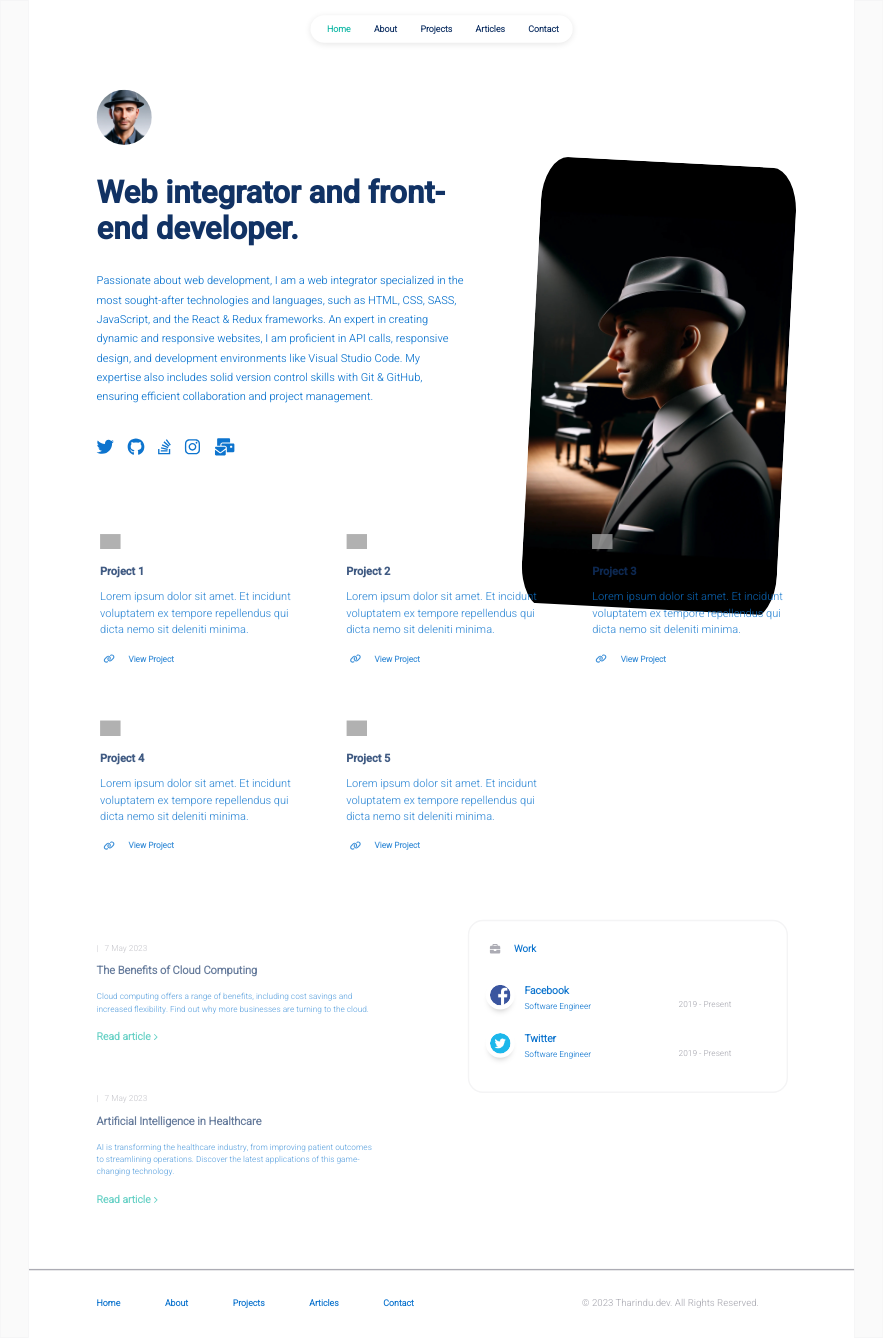
Repository: Dimple3377/reactfolio-master
Page: /
These files come from the project's save history. The page is drawn as it stood at one moment and after the next save; the edit follows.
The browser window is 1280 px wide. The pictures show the whole page, at 69% of full size.
Pictures or frames that could not be fetched are drawn as grey boxes. The project was rebuilt for these pictures with package versions that can differ from the ones it lists, and the page was loaded fresh each time. Also part of the build but not shown: src/components/about/socials.jsx, src/pages/styles/about.css, src/pages/about.jsx, src/pages/styles/projects.css, src/pages/projects.jsx, src/components/articles/article.jsx, src/pages/styles/articles.css, src/pages/articles.jsx and 5 more.

Above is the page before, as saved 2024-04-24 00:33:28.

### src/data/styles.css
:root {
	/* ------- colors ------- */
	--primary-color: #113264;
	--secondary-color: #0d74ce;
	--tertiary-color: #acacb4;
	--quaternary-color: #e4e4e7;
	--link-color: #14b8a6;
	/* ---------------------- */

	/* ------- fonts ------- */
	--primary-font: "Heebo", sans-serif;
	--secondary-font: "Roboto", sans-serif;
	/* --------------------- */
}

### src/pages/homepage.jsx
import React, { useState, useEffect } from "react";
import { Helmet } from "react-helmet";

import { faMailBulk } from "@fortawesome/free-solid-svg-icons";
import { FontAwesomeIcon } from "@fortawesome/react-fontawesome";
import {
	faTwitter,
	faGithub,
	faStackOverflow,
	faInstagram,
} from "@fortawesome/free-brands-svg-icons";

import Logo from "../components/common/logo";
import Footer from "../components/common/footer";
import NavBar from "../components/common/navBar";
import Article from "../components/homepage/article";
import Works from "../components/homepage/works";
import AllProjects from "../components/projects/allProjects";

import INFO from "../data/user";
import SEO from "../data/seo";
import myArticles from "../data/articles";

import "./styles/homepage.css";

const Homepage = () => {
	const [stayLogo, setStayLogo] = useState(false);
	const [logoSize, setLogoSize] = useState(80);
	const [oldLogoSize, setOldLogoSize] = useState(80);

	useEffect(() => {
		window.scrollTo(0, 0);
	}, []);

	useEffect(() => {
		const handleScroll = () => {
			let scroll = Math.round(window.pageYOffset, 2);

			let newLogoSize = 80 - (scroll * 4) / 10;

			if (newLogoSize < oldLogoSize) {
				if (newLogoSize > 40) {
					setLogoSize(newLogoSize);
					setOldLogoSize(newLogoSize);
					setStayLogo(false);
				} else {
					setStayLogo(true);
				}
			} else {
				setLogoSize(newLogoSize);
				setStayLogo(false);
			}
		};

		window.addEventListener("scroll", handleScroll);
		return () => window.removeEventListener("scroll", handleScroll);
	}, [logoSize, oldLogoSize]);

	const currentSEO = SEO.find((item) => item.page === "home");

	const logoStyle = {
		display: "flex",
		position: stayLogo ? "fixed" : "relative",
		top: stayLogo ? "3vh" : "auto",
		zIndex: 999,
		border: stayLogo ? "1px solid white" : "none",
		borderRadius: stayLogo ? "50%" : "none",
		boxShadow: stayLogo ? "0px 4px 10px rgba(0, 0, 0, 0.25)" : "none",
	};

	return (
		<React.Fragment>
			<Helmet>
				<title>{INFO.main.title}</title>
				<meta name="description" content={currentSEO.description} />
				<meta
					name="keywords"
					content={currentSEO.keywords.join(", ")}
				/>
			</Helmet>

			<div className="page-content">
				<NavBar active="home" />
				<div className="content-wrapper">
					<div className="homepage-logo-container">
						<div style={logoStyle}>
							<Logo width={logoSize} link={false} />
						</div>
					</div>

					<div className="homepage-container">
						<div className="homepage-first-area">
							<div className="homepage-first-area-left-side">
								<div className="title homepage-title">
									{INFO.homepage.title}
								</div>

								<div className="subtitle homepage-subtitle">
									{INFO.homepage.description}
								</div>
							</div>

							<div className="homepage-first-area-right-side">
								<div className="homepage-image-container">
									<div className="homepage-image-wrapper">
										<img
											src="homepage.jpg"
											alt="about"
											className="homepage-image"
										/>
									</div>
								</div>
							</div>
						</div>

						<div className="homepage-socials">
							<a
								href={INFO.socials.twitter}
								target="_blank"
								rel="noreferrer"
							>
								<FontAwesomeIcon
									icon={faTwitter}
									className="homepage-social-icon"
								/>
							</a>
							<a
								href={INFO.socials.github}
								target="_blank"
								rel="noreferrer"
							>
								<FontAwesomeIcon
									icon={faGithub}
									className="homepage-social-icon"
								/>
							</a>
							<a
								href={INFO.socials.stackoverflow}
								target="_blank"
								rel="noreferrer"
							>
								<FontAwesomeIcon
									icon={faStackOverflow}
									className="homepage-social-icon"
								/>
							</a>
							<a
								href={INFO.socials.instagram}
								target="_blank"
								rel="noreferrer"
							>
								<FontAwesomeIcon
									icon={faInstagram}
									className="homepage-social-icon"
								/>
							</a>
							<a
								href={`mailto:${INFO.main.email}`}
								target="_blank"
								rel="noreferrer"
							>
								<FontAwesomeIcon
									icon={faMailBulk}
									className="homepage-social-icon"
								/>
							</a>
						</div>

						<div className="homepage-projects">
							<AllProjects />
						</div>

						<div className="homepage-after-title">
							<div className="homepage-articles">
								{myArticles.map((article, index) => (
									<div
										className="homepage-article"
										key={(index + 1).toString()}
									>
										<Article
											key={(index + 1).toString()}
											date={article().date}
											title={article().title}
											description={article().description}
											link={"/article/" + (index + 1)}
										/>
									</div>
								))}
							</div>

							<div className="homepage-works">
								<Works />
							</div>
						</div>

						<div className="page-footer">
							<Footer />
						</div>
					</div>
				</div>
			</div>
		</React.Fragment>
	);
};

export default Homepage;

### src/components/common/footer.jsx
import React from "react";
import { Link } from "react-router-dom";

import "./styles/footer.css";

const Footer = () => {
	return (
		<React.Fragment>
			<div className="footer">
				<div className="footer-links">
					<ul className="footer-nav-link-list">
						<li className="footer-nav-link-item">
							<Link to="/">Home</Link>
						</li>
						<li className="footer-nav-link-item">
							<Link to="/about">About</Link>
						</li>
						<li className="footer-nav-link-item">
							<Link to="/projects">Projects</Link>
						</li>
						<li className="footer-nav-link-item">
							<Link to="/articles">Articles</Link>
						</li>
						<li className="footer-nav-link-item">
							<Link to="/contact">Contact</Link>
						</li>
					</ul>
				</div>

				<div className="footer-credits">
					<div className="footer-credits-text">
						© 2023 Tharindu.dev. All Rights Reserved.
					</div>
				</div>
			</div>
		</React.Fragment>
	);
};

export default Footer;

### src/components/common/navBar.jsx
import React from "react";
import { Link } from "react-router-dom";

import "./styles/navBar.css";

const NavBar = (props) => {
	const { active } = props;

	return (
		<React.Fragment>
			<div className="nav-container">
				<nav className="navbar">
					<div className="nav-background">
						<ul className="nav-list">
							<li
								className={
									active === "home"
										? "nav-item active"
										: "nav-item"
								}
							>
								<Link to="/">Home</Link>
							</li>
							<li
								className={
									active === "about"
										? "nav-item active"
										: "nav-item"
								}
							>
								<Link to="/about">About</Link>
							</li>
							<li
								className={
									active === "projects"
										? "nav-item active"
										: "nav-item"
								}
							>
								<Link to="/projects">Projects</Link>
							</li>
							<li
								className={
									active === "articles"
										? "nav-item active"
										: "nav-item"
								}
							>
								<Link to="/articles">Articles</Link>
							</li>
							<li
								className={
									active === "contact"
										? "nav-item active"
										: "nav-item"
								}
							>
								<Link to="/contact">Contact</Link>
							</li>
						</ul>
					</div>
				</nav>
			</div>
		</React.Fragment>
	);
};

export default NavBar;

### src/components/homepage/article.jsx
import React from "react";
import { Link } from "react-router-dom";

import { FontAwesomeIcon } from "@fortawesome/react-fontawesome";
import { faChevronRight } from "@fortawesome/free-solid-svg-icons";

import "./styles/article.css";

const Article = (props) => {
	const { title, description, date, link } = props;

	return (
		<React.Fragment>
			<div className="homepage-article">
				<div className="homepage-article-content">
					<div className="homepage-article-date">
						|&nbsp;&nbsp;&nbsp;{date}
					</div>
					<div className="homepage-article-title">{title}</div>
					<div className="homepage-article-description">
						{description}
					</div>
					<div className="homepage-article-link">
						<Link to={link}>
							Read article{" "}
							<FontAwesomeIcon
								style={{ fontSize: "10px" }}
								icon={faChevronRight}
							/>
						</Link>
					</div>
				</div>
			</div>
		</React.Fragment>
	);
};

export default Article;

### src/components/homepage/works.jsx
import React from "react";
import { faBriefcase } from "@fortawesome/free-solid-svg-icons";

import Card from "../common/card";

import "./styles/works.css";

const Works = () => {
	return (
		<div className="works">
			<Card
				icon={faBriefcase}
				title="Work"
				body={
					<div className="works-body">
						<div className="work">
							<img
								src="./facebook.png"
								alt="facebook"
								className="work-image"
							/>
							<div className="work-title">Facebook</div>
							<div className="work-subtitle">
								Software Engineer
							</div>
							<div className="work-duration">2019 - Present</div>
						</div>

						<div className="work">
							<img
								src="./twitter.png"
								alt="twitter"
								className="work-image"
							/>
							<div className="work-title">Twitter</div>
							<div className="work-subtitle">
								Software Engineer
							</div>
							<div className="work-duration">2019 - Present</div>
						</div>
					</div>
				}
			/>
		</div>
	);
};

export default Works;

### src/data/seo.js
const SEO = [
	{
		page: "home",
		description:
			"I am a backend developer with expertise in Node.js. I have experience in building scalable, secure and reliable web applications using various frameworks and technologies.",
		keywords: ["Tharindu", "Tharindu N", "Tharindu Nayanajith"],
	},

	{
		page: "about",
		description:
			"I am a backend developer with expertise in Node.js. I have experience in building scalable, secure and reliable web applications using various frameworks and technologies.",
		keywords: ["Tharindu", "Tharindu N", "Tharindu Nayanajith"],
	},

	{
		page: "articles",
		description:
			"Chronological collection of my long-form thoughts on programming, leadership, product design, and more.",
		keywords: ["Tharindu", "Tharindu N", "Tharindu Nayanajith"],
	},

	{
		page: "projects",
		description:
			"I've worked on a variety of projects over the years and I'm proud of the progress I've made. Many of these projects are open-source and available for others to explore and contribute to.",
		keywords: ["Tharindu", "Tharindu N", "Tharindu Nayanajith"],
	},

	{
		page: "contact",
		description:
			"If you're interested in collaborating on a project, feel free to reach out to me. I'm always open to new ideas and opportunities.",
		keywords: ["Tharindu", "Tharindu N", "Tharindu Nayanajith"],
	},
];

export default SEO;

### src/data/articles.js
import React from "react";

function article_1() {
	return {
		date: "7 May 2023",
		title: "The Benefits of Cloud Computing",
		description:
			"Cloud computing offers a range of benefits, including cost savings and increased flexibility. Find out why more businesses are turning to the cloud.",
		keywords: [
			"The Benefits of Cloud Computing",
			"Tharindu",
			"Tharindu N",
			"Tharindu Nayanajith",
		],
		style: `
				.article-content {
					display: flex;
					flex-direction: column;
					align-items: center;
				}

				.randImage {
					align-self: center;
					outline: 2px solid red;
				}
				`,
		body: (
			<React.Fragment>
				<div className="article-content">
					<div className="paragraph">Content of article 1</div>
					<img
						src="https://picsum.photos/200/300"
						alt="random"
						className="randImage"
					/>
				</div>
			</React.Fragment>
		),
	};
}

function article_2() {
	return {
		date: "7 May 2023",
		title: "Artificial Intelligence in Healthcare",
		description:
			"AI is transforming the healthcare industry, from improving patient outcomes to streamlining operations. Discover the latest applications of this game-changing technology.",
		style: ``,
		keywords: [
			"Artificial Intelligence in Healthcare",
			"Tharindu",
			"Tharindu N",
			"Tharindu Nayanajith",
		],
		body: (
			<React.Fragment>
				<h1>Content of article 2</h1>
			</React.Fragment>
		),
	};
}

const myArticles = [article_1, article_2];

export default myArticles;

### src/pages/styles/homepage.css
@import "../../data/styles.css";

.homepage-logo-container {
	display: flex;
	justify-content: left;
	align-items: center;
	padding-top: 130px;
}

.homepage-container {
	padding-top: 25px;
}

.homepage-first-area {
	display: flex;
	justify-content: space-between;
	align-items: center;
}

.homepage-first-area-left-side {
	display: flex;
	flex-direction: column;
	align-items: flex-start;
}

.homepage-title {
	width: 85% !important;
}

.homepage-subtitle {
	width: 85% !important;
}

.homepage-first-area-right-side {
	display: flex;
	align-items: center;
}

.homepage-image-container {
	width: 370px;
	height: 370px;
}

.homepage-image-wrapper {
	overflow: hidden;
	border-radius: 10%;
	transform: rotate(3deg);
}

.homepage-image-wrapper img {
	width: 100%;
}

.homepage-socials {
	display: flex;
	justify-content: left;
	align-items: center;
	padding-top: 30px;
}

.homepage-social-icon {
	padding-right: 20px;
	font-size: 25px;
	transition: color 0.2s ease-in-out;
	color: var(--secondary-color);
}

.homepage-social-icon:hover {
	color: var(--primary-color);
}

.homepage-after-title {
	display: flex;
}

.homepage-projects {
	flex-basis: 300px;
	padding-top: 40px;
}

.homepage-articles {
	flex-basis: 900px;
	padding-top: 30px;
	margin-left: -30px;
}

.homepage-article {
	padding-bottom: 5px;
}

.homepage-works {
	flex-basis: 600px;
	padding-top: 30px;
}

@media (max-width: 1024px) {
	.homepage-first-area {
		flex-direction: column;
	}

	.homepage-first-area-left-side {
		display: flex;
		flex-direction: column; /* Changed: set direction to column */
		align-items: flex-start;
		width: 100%;
		order: 2;
	}

	.homepage-title {
		width: 100% !important;
		margin-top: 20px;
		order: 2;
	}

	.homepage-subtitle {
		width: 100% !important;
		margin-top: 10px;
		order: 3;
	}

	.homepage-first-area-right-side {
		width: 100%;
		order: 1;
	}

	.homepage-image-container {
		padding-top: 50px;
		padding-bottom: 50px;
		margin-left: 10px;
		order: 1;
	}

	.homepage-after-title {
		flex-direction: column;
	}

	.homepage-projects {
		flex-basis: auto;
	}

	.homepage-articles {
		flex-basis: auto;
	}

	.homepage-works {
		flex-basis: auto;
		margin-left: -25px;
		margin-right: -25px;
	}
}

### src/pages/styles/readArticle.css
@import "../../data/styles.css";

.read-article-logo-container {
	display: flex;
	justify-content: left;
	padding-top: 25px;
}

.read-article-logo {
	display: flex;
	position: fixed;
	border: 1px solid white;
	border-radius: 50%;
	box-shadow: 0px 4px 10px rgba(0, 0, 0, 0.25);
	top: 4vh;
}

.read-article-container {
	display: flex;
	height: 100%;
	margin: 0;
	padding-top: 120px;
}

.read-article-back {
	padding-top: 68px;
	padding-right: 50px;
	width: 40px;
	height: 40px;
}

.read-article-back-button {
	width: 50px;
	border-radius: 50%;
	box-shadow: 0px 4px 10px rgba(0, 0, 0, 0.25);
}

.read-article-wrapper {
	width: 80%;
	padding-top: 30px;
}

.read-article-date-container {
	border-left: 2px solid var(--quaternary-color);
	color: var(--tertiary-color);
	font-size: 16 px;
	align-items: center;
	height: 22px;
}

.read-article-date {
	font-family: var(--primary-font);
	padding-left: 15px;
}

.read-article-title {
	padding-top: 50px;
	padding-bottom: 50px;
	width: 100% !important;
}

.read-article-body {
	padding-bottom: 50px;
	font-size: 16px;
	line-height: 30px;
	font-family: system-ui;
	color: #52525b;
}

### src/components/common/styles/footer.css
@import "../../../data/styles.css";

.footer {
	display: flex;
	padding-top: 25px;
	margin-top: 50px;
	padding-bottom: 25px;
	align-items: center;
}

.footer-links,
.footer-credits {
	flex-basis: 50%;
}

.footer-links {
	margin-left: -40px;
}

.footer-nav-link-list {
	display: flex;
	list-style: none;
	justify-content: space-between;
	align-items: center;
}

.footer-nav-link-item {
	font-weight: bold;
	font-size: 80%;
}

.footer-nav-link-list a {
	text-decoration: none;
	color: var(--secondary-color);
}

.footer-nav-link-list a:hover {
	color: var(--link-color);
}

.footer-credits-text {
	justify-content: flex-end;
	color: var(--tertiary-color);
	font-size: 14px;
	text-align: right;
}

@media (max-width: 600px) {
	.footer {
		flex-direction: column;
		height: 85px;
	}

	.footer-links {
		display: flex;
		width: 100%;
		justify-content: center;
	}

	.footer-nav-link-list {
		width: 100%;
	}
}

### src/components/common/styles/navBar.css
@import "../../../data/styles.css";

.nav-container {
	margin: 0;
	display: flex;
	justify-content: center;
	align-items: center;
}

.navbar {
	display: flex;
	justify-content: center;
	align-items: center;
	position: fixed;
	top: 3vh;
	z-index: 999;
}

.nav-background {
	width: 380px;
	height: 40px;
	padding-left: 0%;
	padding-right: 0%;
	background: #fff;
	box-shadow: 0px 2px 10px rgba(0, 0, 0, 0.1);
	border-radius: 40px;
}

.nav-list {
	display: flex;
	justify-content: space-between;
	list-style: none;
	align-items: center;
	margin-left: -16px;
	margin-right: 20px;
	margin-top: 11px;
}

.nav-item {
	font-weight: bold;
	font-size: 80%;
}

.nav-item.active a {
	color: var(--link-color) !important;
}

.nav-item a {
	text-decoration: none;
	color: var(--primary-color);
}

.nav-item a:hover {
	color: var(--link-color);
	transition: color 0.3s ease-in-out;
}

@media (max-width: 600px) {
	.navbar {
		margin-left: 25%;
		margin-right: 25%;
		width: 80%;
		font-size: 80%;
	}

	.nav-background {
		width: 80%;
		height: 40px;
	}

	.nav-item {
		font-weight: bold;
	}
}

### src/components/homepage/styles/article.css
@import "../../../data/styles.css";

.homepage-article {
	width: 90%;
	mix-blend-mode: normal;
	border-radius: 20px;
	opacity: 0.8;
}

.homepage-article:hover {
	background: #fafafa;
	opacity: 1;
	transition: background-color 0.3s ease-in-out;
}

.homepage-article-content {
	padding: 30px;
}

.homepage-article-date {
	opacity: 1;
	color: var(--tertiary-color);
	font-size: 12px;
	margin-bottom: 1em;
}

.homepage-article-title {
	opacity: 1;
	color: var(--primary-color);
	font-size: 16px;
	margin-bottom: 1em;
	font-weight: 700;
}

.homepage-article-description {
	opacity: 1;
	color: var(--secondary-color);
	font-size: 12px;
	line-height: 1.5;
}

.homepage-article-link {
	opacity: 1;
	padding-top: 20px;
	font-size: 15px;
	font-weight: 700;
}

.homepage-article-link a {
	color: var(--link-color);
	text-decoration: none;
}

@media (max-width: 600px) {
	.homepage-article {
		width: 100%;
	}
}

### src/components/projects/project.jsx
import React from "react";
import { Link } from "react-router-dom";
import { FontAwesomeIcon } from "@fortawesome/react-fontawesome";
import { faLink } from "@fortawesome/free-solid-svg-icons";

import "./styles/project.css";

const Project = (props) => {
	const { logo, title, description, linkText, link } = props;

	return (
		<React.Fragment>
			<div className="project">
				<Link to={link}>
					<div className="project-container">
						<div className="project-logo">
							<img src={logo} alt="logo" />
						</div>
						<div className="project-title">{title}</div>
						<div className="project-description">{description}</div>
						<div className="project-link">
							<div className="project-link-icon">
								<FontAwesomeIcon icon={faLink} />
							</div>

							<div className="project-link-text">{linkText}</div>
						</div>
					</div>
				</Link>
			</div>
		</React.Fragment>
	);
};

export default Project;

### src/components/articles/style/article.css
@import "../../../data/styles.css";

.article {
	display: flex;
}

.article a {
	text-decoration: none;
}

.article-left-side {
	min-width: 20%;
	max-width: 20%;
}

.article-right-side {
	flex-basis: 80%;
	min-width: 700px;
	mix-blend-mode: normal;
	border-radius: 20px;
	opacity: 0.8;
	padding: 30px;
}

.article-right-side:hover {
	background: #fafafa;
	opacity: 1;
	transition: background-color 0.3s ease-in-out;
}

.article-date {
	padding-top: 30px;
	font-size: 15px;
	color: var(--tertiary-color);
}

.article-title {
	color: #000000;
	font-size: 16px;
	font-weight: 600;
}

.article-description {
	padding-top: 10px;
	font-size: 12px;
	color: var(--secondary-color);
	font-weight: 480;
	line-height: 25px;
}

.article-link {
	padding-top: 10px;
	font-size: 14px;
	color: var(--link-color);
	font-weight: 700;
}

@media (max-width: 1024px) {
	.article-left-side {
		min-width: 10%;
		max-width: 10%;
	}

	.article-right-side {
		flex-basis: 90%;
		min-width: 85%;
		max-width: 85%;
	}
}

### src/components/projects/styles/project.css
@import "../../../data/styles.css";

.project {
	mix-blend-mode: normal;
	border-radius: 20px;
	opacity: 0.8;
	height: 100%;
}

.project a {
	text-decoration: none;
}

.project:hover {
	background: #fafafa;
	opacity: 1;
	transition: background-color 0.3s ease-in-out;
}

.project:hover .project-link {
	color: var(--link-color);
	transition: color 0.3s ease-in-out;
}

.project-container {
	padding: 30px;
}

.project-logo {
	width: 30px;
}

.project-logo img {
	width: 100%;
}

.project-title {
	font-family: var(--secondary-font);
	color: var(--primary-color);
	font-size: 16px;
	padding-top: 15px;
	margin-bottom: 1em;
	font-weight: 700;
}

.project-description {
	color: var(--secondary-color);
}

.project-link {
	display: flex;
	align-items: center;
	color: var(--secondary-color);
	font-size: 12px;
	padding-top: 20px;
}

.project-link-icon {
	padding-left: 5px;
	font-size: 13px;
}

.project-link-text {
	padding-left: 20px;
	font-weight: 700;
}

@media (max-width: 600px) {
	.project {
		height: 300px;
	}
}

Loaded but not shown: public/index.html (common file); src/index.js (common file); src/index.css (common file); src/App.js (common file); src/reportWebVitals.js (common file); src/data/tracking.js (common file); src/app.css (common file); src/components/common/logo.jsx (common file); src/components/projects/allProjects.jsx (common file); src/components/common/styles/logo.css (common file); src/components/common/card.jsx (common file); src/components/homepage/styles/works.css (common file); src/components/projects/styles/allProjects.css (common file); src/components/about/styles/socials.css (common file); src/components/common/styles/card.css (common file); src/data/user.js (84 lines, source omitted)

After the next save:
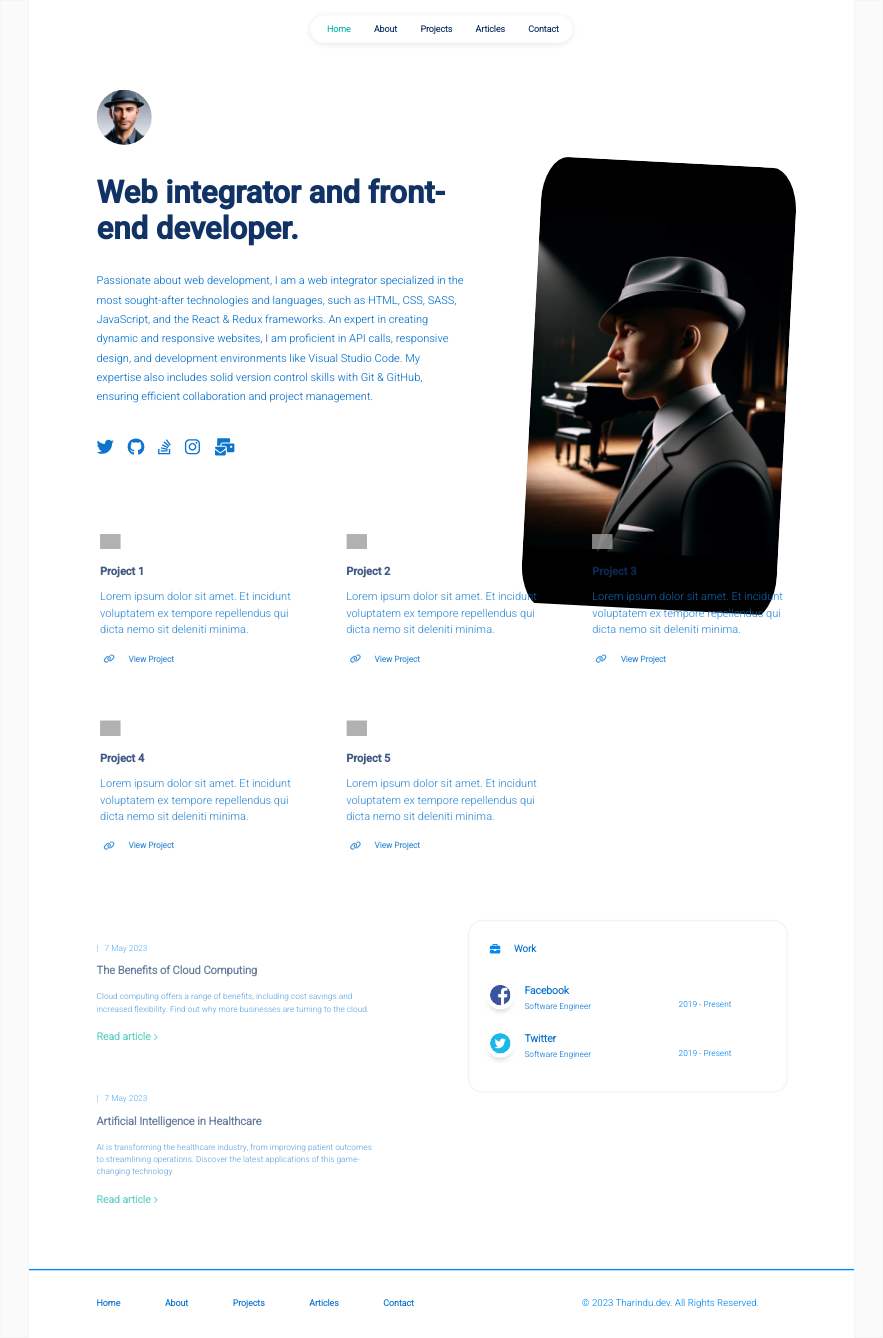
Saved 20 s later.
--- a/src/data/styles.css
+++ b/src/data/styles.css
@@ -2,7 +2,7 @@
 	/* ------- colors ------- */
 	--primary-color: #113264;
 	--secondary-color: #0d74ce;
-	--tertiary-color: #acacb4;
+	--tertiary-color: #0588f0;
 	--quaternary-color: #e4e4e7;
 	--link-color: #14b8a6;
 	/* ---------------------- */
